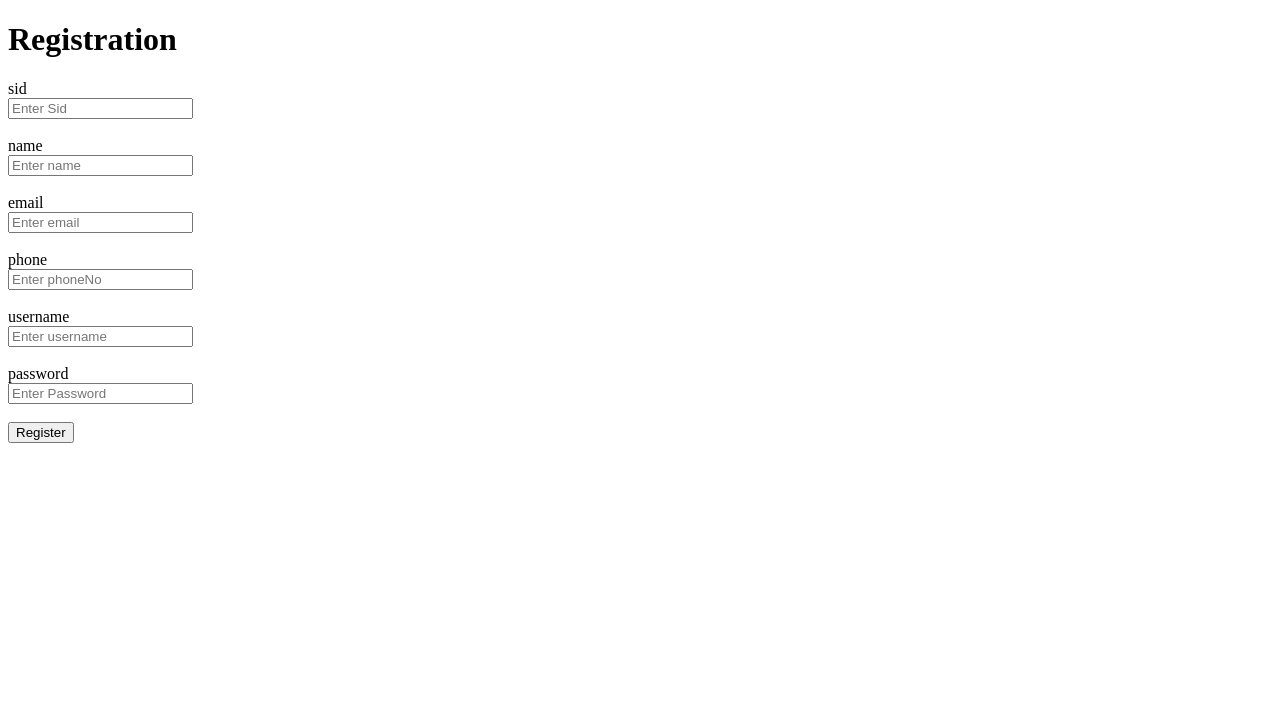
Repository: Madavahari/Servlets
Page: http://localhost/sms/register.jsp
These files come from the project's save history. The page is drawn as it stood at one moment and after the next save; the edit follows.
The browser window is 1280 px wide. The pictures show the whole page.
The page is served by Tomcat 9. Other server files are loaded and not shown.

Above is the page before, as saved 2024-10-17 04:09:39.

### servlets/sms/src/main/webapp/register.jsp
<%@ page language="java" contentType="text/html; charset=UTF-8"
    pageEncoding="UTF-8"%>
<!DOCTYPE html>
<html>
<head>
<meta charset="UTF-8">
<title>register page</title>
</head>
<body>
<h1>Registration</h1>
<form action="register" method="post">
<label>sid</label><br>
<input type="text" name="sid" placeholder="Enter Sid"><br><br>
<label>name</label><br>
<input type="text" name="name" placeholder="Enter name"><br><br>
<label>email</label><br>
<input type="text" name="email" placeholder="Enter email"><br><br>
<label>phone</label><br>
<input type="text" name="phoneNo" placeholder="Enter phoneNo"><br><br>
<label>username</label><br>
<input type="text" name="username" placeholder="Enter username"><br><br>

<label>password</label><br>
<input type="text" name="password" placeholder="Enter Password"><br><br>

<button type="submit">Register</button>
</form>
</body>
</html>

After the next save:
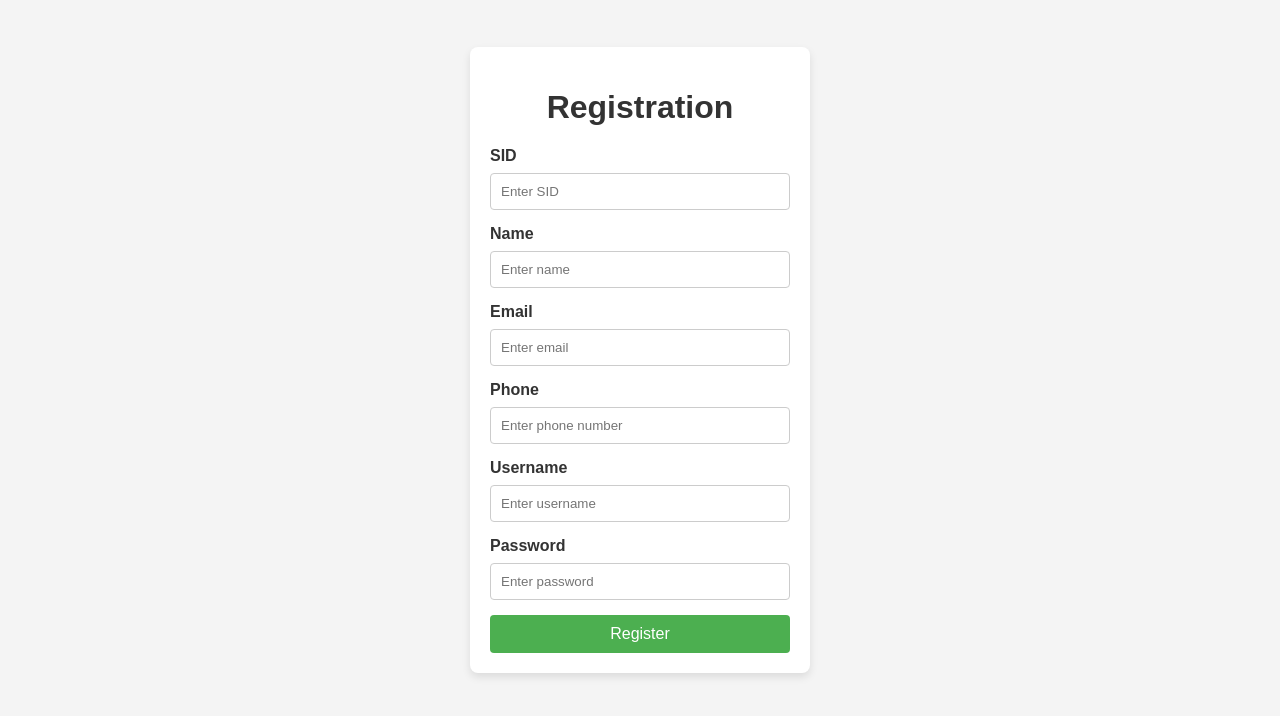
Saved 95 s later.
--- a/servlets/sms/src/main/webapp/register.jsp
+++ b/servlets/sms/src/main/webapp/register.jsp
@@ -1,29 +1,84 @@
-<%@ page language="java" contentType="text/html; charset=UTF-8"
-    pageEncoding="UTF-8"%>
+<%@ page language="java" contentType="text/html; charset=UTF-8" pageEncoding="UTF-8"%>
 <!DOCTYPE html>
 <html>
 <head>
-<meta charset="UTF-8">
-<title>register page</title>
+    <meta charset="UTF-8">
+    <title>Register Page</title>
+    <style>
+        body {
+            font-family: Arial, sans-serif;
+            background-color: #f4f4f4;
+            margin: 0;
+            padding: 0;
+            display: flex;
+            justify-content: center;
+            align-items: center;
+            height: 100vh;
+        }
+        h1 {
+            color: #333;
+            text-align: center;
+        }
+        .register-container {
+            background-color: #fff;
+            padding: 20px;
+            border-radius: 8px;
+            box-shadow: 0 4px 8px rgba(0, 0, 0, 0.1);
+            width: 300px;
+        }
+        label {
+            display: block;
+            margin-bottom: 8px;
+            color: #333;
+            font-weight: bold;
+        }
+        input[type="text"] {
+            width: 100%;
+            padding: 10px;
+            margin-bottom: 15px;
+            border: 1px solid #ccc;
+            border-radius: 4px;
+            box-sizing: border-box;
+        }
+        button {
+            width: 100%;
+            padding: 10px;
+            background-color: #4CAF50;
+            color: white;
+            border: none;
+            border-radius: 4px;
+            cursor: pointer;
+            font-size: 16px;
+        }
+        button:hover {
+            background-color: #45a049;
+        }
+    </style>
 </head>
 <body>
-<h1>Registration</h1>
-<form action="register" method="post">
-<label>sid</label><br>
-<input type="text" name="sid" placeholder="Enter Sid"><br><br>
-<label>name</label><br>
-<input type="text" name="name" placeholder="Enter name"><br><br>
-<label>email</label><br>
-<input type="text" name="email" placeholder="Enter email"><br><br>
-<label>phone</label><br>
-<input type="text" name="phoneNo" placeholder="Enter phoneNo"><br><br>
-<label>username</label><br>
-<input type="text" name="username" placeholder="Enter username"><br><br>
+    <div class="register-container">
+        <h1>Registration</h1>
+        <form action="register" method="post">
+            <label>SID</label>
+            <input type="text" name="sid" placeholder="Enter SID"><br>
 
-<label>password</label><br>
-<input type="text" name="password" placeholder="Enter Password"><br><br>
+            <label>Name</label>
+            <input type="text" name="name" placeholder="Enter name"><br>
 
-<button type="submit">Register</button>
-</form>
+            <label>Email</label>
+            <input type="text" name="email" placeholder="Enter email"><br>
+
+            <label>Phone</label>
+            <input type="text" name="phoneNo" placeholder="Enter phone number"><br>
+
+            <label>Username</label>
+            <input type="text" name="username" placeholder="Enter username"><br>
+
+            <label>Password</label>
+            <input type="text" name="password" placeholder="Enter password"><br>
+
+            <button type="submit">Register</button>
+        </form>
+    </div>
 </body>
 </html>
